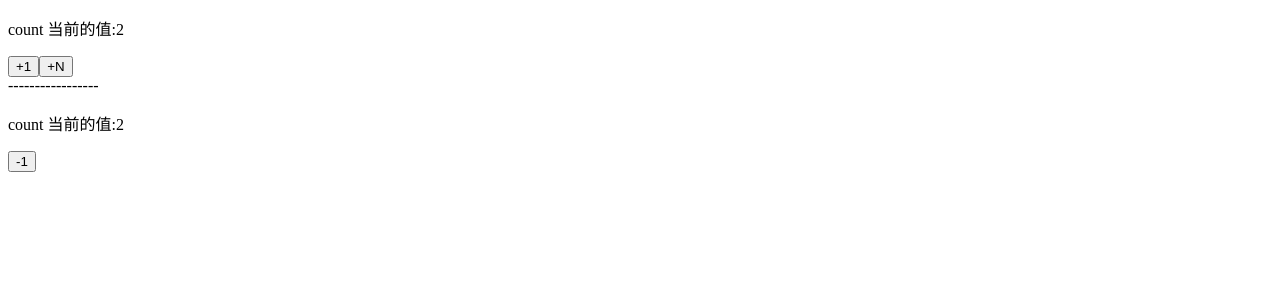
Repository: minika1020/miniprogram
Page: / (app in Desktop/vuex/vuex_demo/)
An editor plug-in stored every save of this project. The page is shown before and after a run of saves, followed by the edit.
The browser window is 1280 px wide. The pictures show the whole page.
The project was rebuilt for these pictures with package versions that can differ from the ones it lists, and the page was loaded fresh each time.

Above is the page before, as saved 2021-03-18 12:25:48.

### Desktop/vuex/vuex_demo/src/main.js
import Vue from 'vue'
import App from './App.vue'
import store from './store'
Vue.config.productionTip = false

new Vue({
    store,
    render: function (h) { return h(App) }
}).$mount('#app')

### Desktop/vuex/vuex_demo/src/App.vue
<template>
  <div>
    <my-add></my-add>
    -----------------
    <my-sub></my-sub>
  </div>
</template>

<script>
import Add from './components/add.vue'
import Sub from './components/sub.vue'

export default {
  name: 'App',
  components: {
    'my-add': Add,
    'my-sub': Sub
  }
}
</script>

### Desktop/vuex/vuex_demo/src/store/index.js
import Vue from 'vue'
import Vuex from 'vuex'

Vue.use(Vuex)

export default new Vuex.Store({
    state: {
        count: 2
    },
    mutations: {
        add(state) {
            state.count++
        },
        addN(state, step) {
            state.count += step
        }
    },
    actions: {
    },
    modules: {
    }
})

### Desktop/vuex/vuex_demo/src/components/add.vue
<template>
  <div>
    <!-- <p> count 当前的值:{{count}}</p> -->
    <p> count 当前的值:{{$store.state.count}}</p>

    <button @click="btnhandle1">+1</button>
    <button @click="btnhandle2">+N</button>
  </div>
</template>
<script>
import { mapState } from 'vuex'
export default {
  methods: {
    btnhandle1() {
      //   this.$store.state.count++ 不使用直接修改
      this.$store.commit('add')
    },
    btnhandle2() {
      this.$store.commit('addN', 5)
    }
  },
  computed: {
    ...mapState(['count'])
  }
}
</script>

### Desktop/vuex/vuex_demo/src/components/sub.vue
<template>
  <div>
    <p :id="'id_'+$store.state.count"> count 当前的值:{{$store.state.count}}</p>
    <button @click="sub">-1</button>
  </div>
</template>
<script>
export default {
  methods: {
    sub() {
      this.$store.state.count--
    }
  }
}
</script>

Loaded but not shown: Desktop/vuex/vuex_demo/public/index.html (common file)

After the next 2 saves:
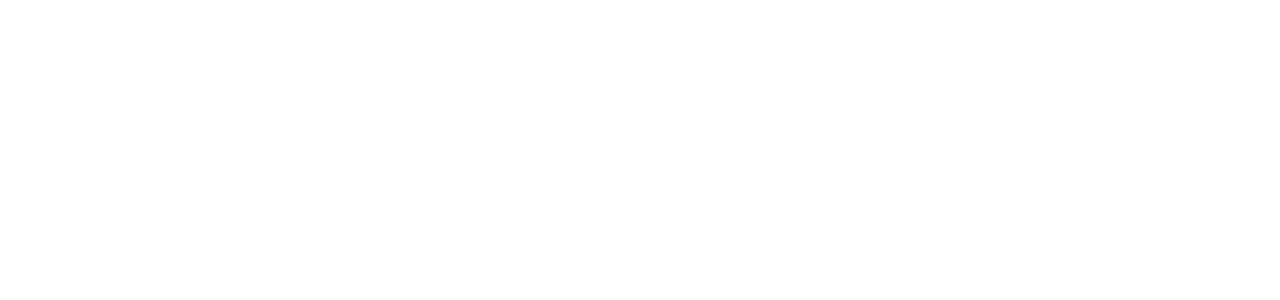
Console error (its wording comes from the project's code and is left out).
The 2 saves are shown as one change because they came seconds apart.
The last was saved 42 s later.
--- a/Desktop/vuex/vuex_demo/src/components/add.vue
+++ b/Desktop/vuex/vuex_demo/src/components/add.vue
@@ -9,8 +9,10 @@
 </template>
 <script>
 import { mapState } from 'vuex'
+import { mapMutation } from 'vuex'
 export default {
   methods: {
+    ...mapMutation(['addN']),
     btnhandle1() {
       //   this.$store.state.count++ 不使用直接修改
       this.$store.commit('add')

After the 3 saves that followed:
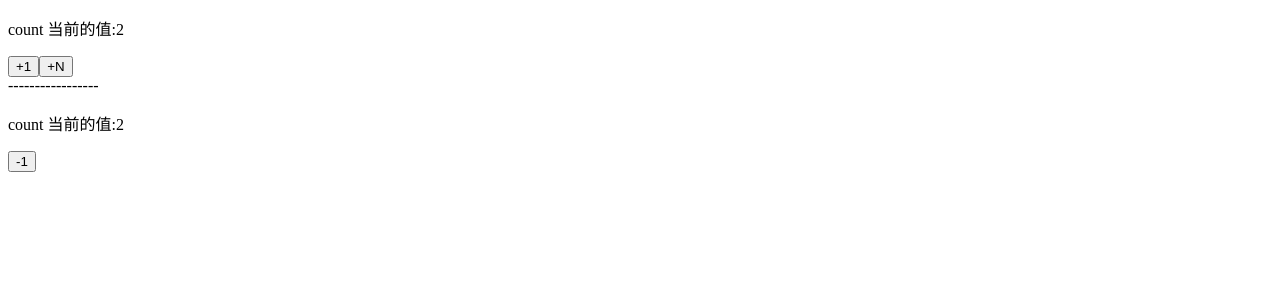
The error is gone.
The 3 saves are shown as one change because 2 left the picture as it was.
The last was saved 43 s later.
--- a/Desktop/vuex/vuex_demo/src/components/add.vue
+++ b/Desktop/vuex/vuex_demo/src/components/add.vue
@@ -9,16 +9,17 @@
 </template>
 <script>
 import { mapState } from 'vuex'
-import { mapMutation } from 'vuex'
+import { mapMutations } from 'vuex'
 export default {
   methods: {
-    ...mapMutation(['addN']),
+    ...mapMutations(['addN']),
     btnhandle1() {
       //   this.$store.state.count++ 不使用直接修改
       this.$store.commit('add')
     },
     btnhandle2() {
-      this.$store.commit('addN', 5)
+      //   this.$store.commit('addN', 5)
+      this.addN(3)
     }
   },
   computed: {
